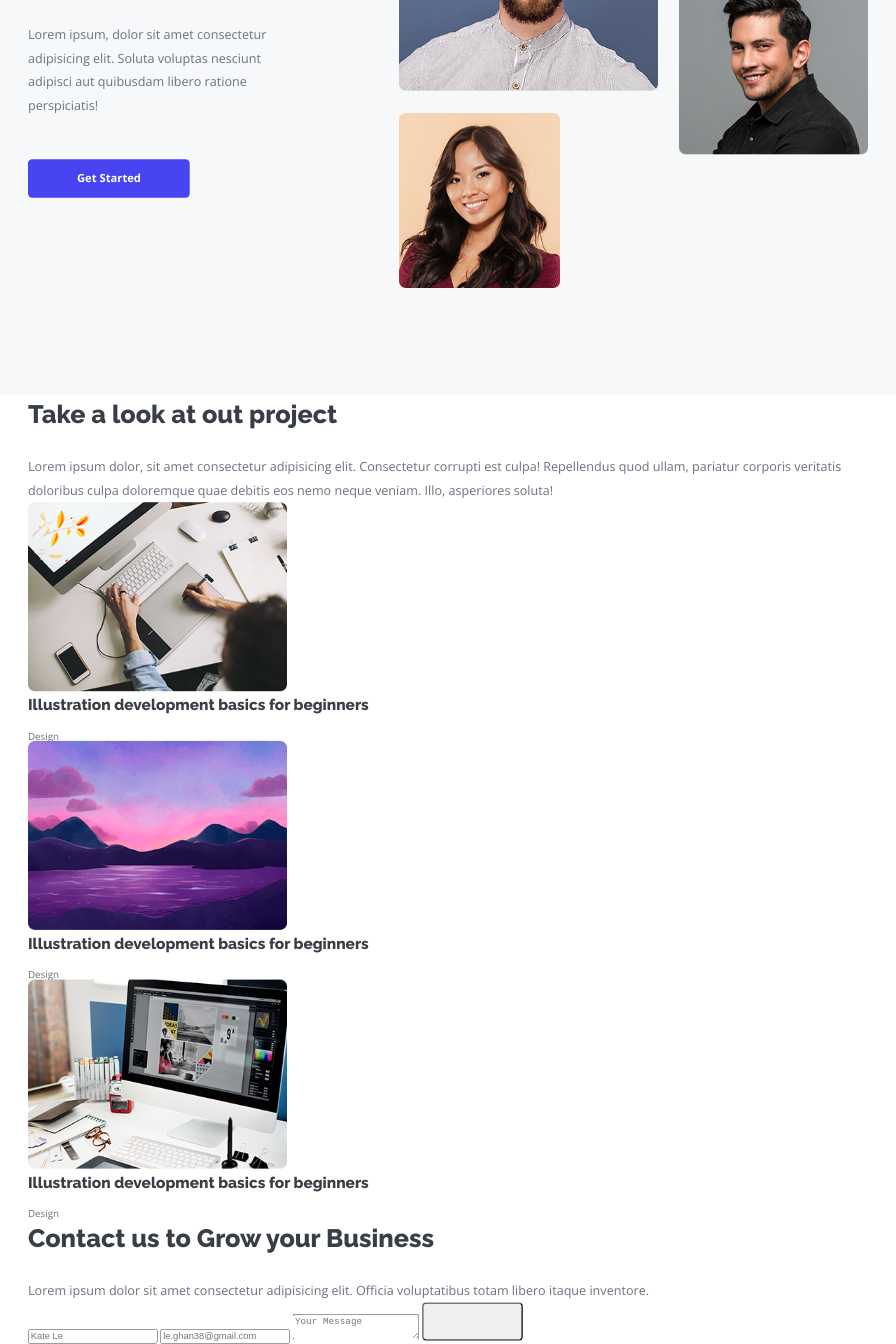
Repository: kate30980/LP-practiceoctavian
Page: index.html
The author's editor kept a copy of each file at every save. The page is drawn from the files as they stood at one save, then again after the next save.
The browser window is 1280 px wide. The pictures show the part of the page from y = 4468 to 6388 px (the page is 6388 px tall before and 6386 px after), at 70% of full size.
The style sheet was rebuilt from its Sass, Less or Tailwind sources for each picture, by a compiler version that may differ from the author's.

Above is the page before, as saved 2021-08-25 17:15:46.

After the next save:
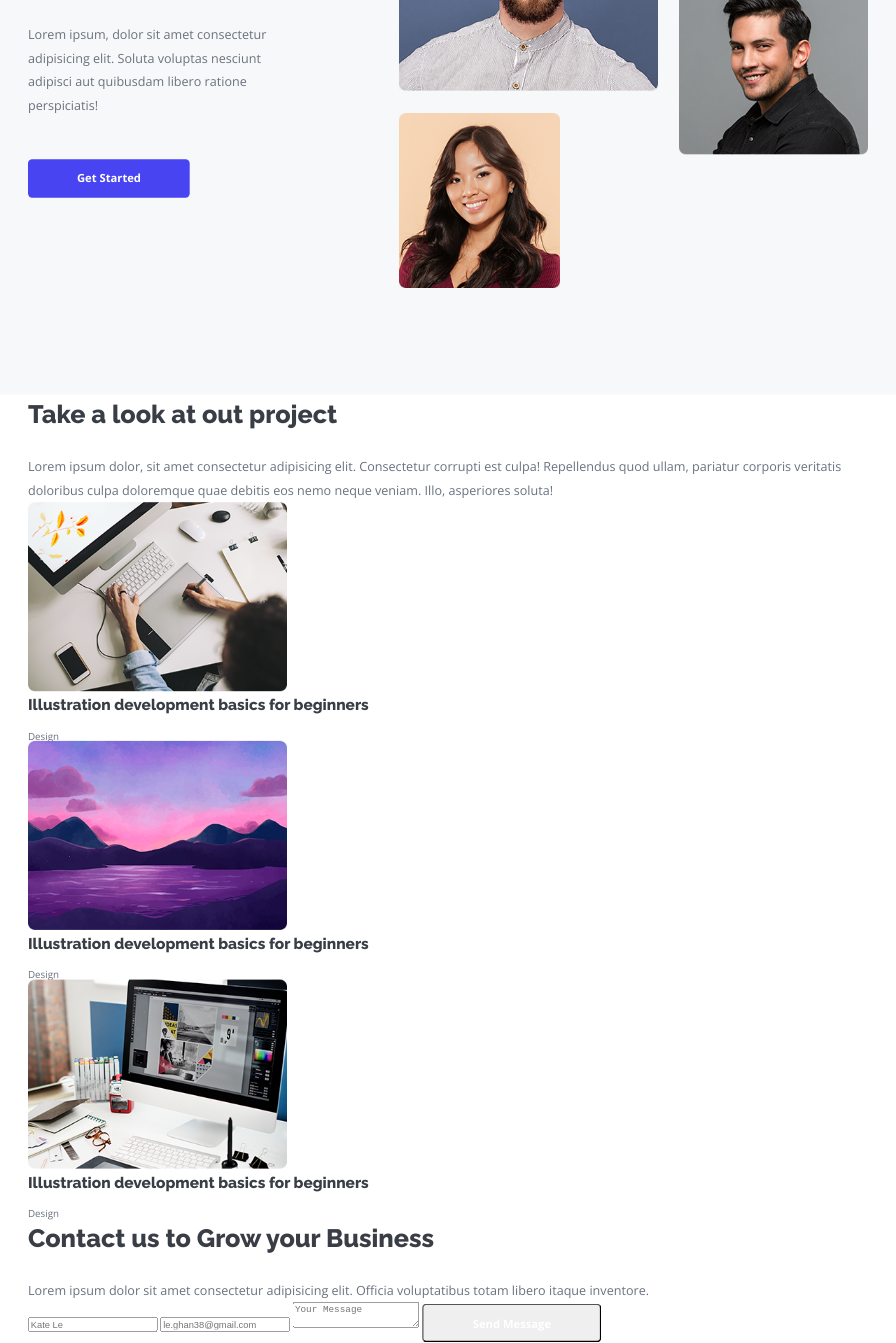
Saved 57 s later.
--- a/index.html
+++ b/index.html
@@ -226,7 +226,7 @@
                     <input type="text" class="contact-input" placeholder="Kate Le">
                     <input type="email" class="contact-input" placeholder="le.ghan38@gmail.com">
                     <textarea class="contact-area" placeholder="Your Message"></textarea>
-                    <button type="submit" class="btn btn--secondary"></button>
+                    <button type="submit" class="btn btn--secondary">Send Message</button>
                 </form>
             </div>
         </section>
